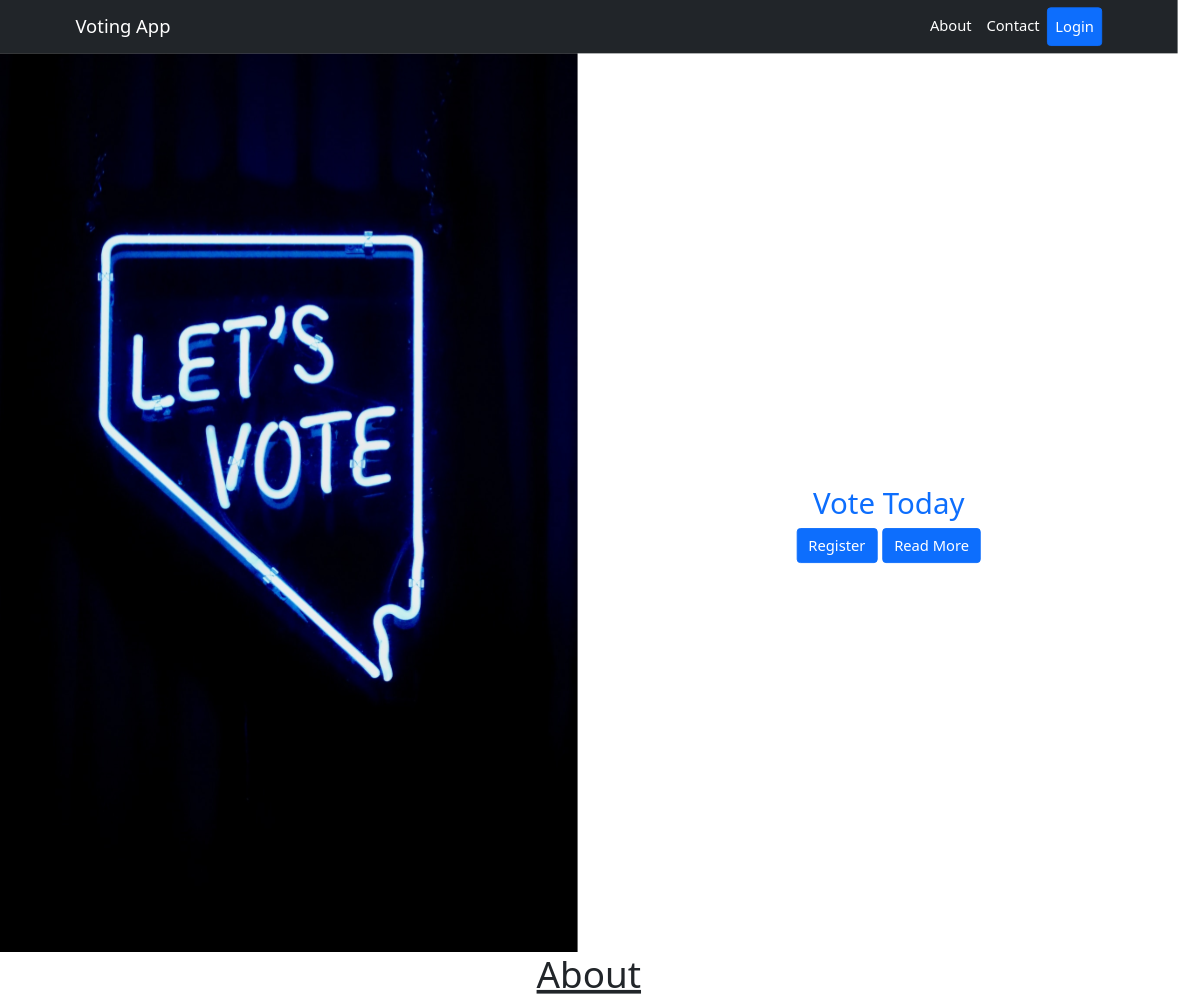
Repository: DavidManiIbrahim/Voting-app
Page: index.html
These files come from the project's save history. The page is drawn as it stood at one moment and after the next save; the edit follows.
The browser window is 1280 px wide. The page is 1292 px wide, so the pictures cover 1292 px, including what lies to the right of the window. The pictures show the whole page, at 92% of full size.

Above is the page before, as saved 2025-01-18 03:51:17.

### index.html
<!DOCTYPE html>
<html lang="en">
<head>
    <meta charset="UTF-8">
    <meta name="viewport" content="width=device-width, initial-scale=1.0">
    <title>Voting app</title>
    <link rel="stylesheet" href="./bootstrap.css">
    <link rel="stylesheet" href="./styles.css">
</head>
<body>

<!-- NavBar -->

    <nav class="navbar navbar-expand-lg bg-dark text-white ">
        <div class="container">
            <a href="#" class="navbar-brand text-white ">Voting App</a>


            <button class="navbar-toggler" data-bs-target="#navmenu" data-bs-toggle="collapse">
                <span class="navbar-toggler-icon bg-primary"></span>
            </button>
            <div class="collapse navbar-collapse " id="navmenu">
                <ul class="navbar-nav ms-auto text-center">
                    <li class="nav-link text-white">About</li>
                    <li class="nav-link text-white">Contact</li>
                    <a class="nav-link btn btn-primary text-white">Login</a>
                </ul>
            </div>
</div>
    </nav>

<!-- Hero Section -->

<div class="row h-100 curtain">
    <div class="col-md">
        <img src="./unsplash_LA1VawaCjjI.svg" alt="" class="img-fluid">
    </div>
    <div class="col-md m-auto" >
        <div class="container-fluid text-center lead m-auto text-white" id="content">
            <h2>Be part of a decision</h2>
            <h2 class="text-primary">Vote Today</h2>
            <div class="">
                <button class="btn btn-primary">Register</button>
                <button class="btn btn-primary">Read More</button>
            </div>
        </div>
    </div>
</div>

<!-- About Section -->

<div class="row">
    <div class="container text-center">
        <h1 class="text-decoration-underline">About</h1>
    </div>
</div>






    <script src="./bootstrap.min.js"></script>
</body>
</html>

### styles.css
.lead,#content{
    /* height:50vh; */
    /* border:1px solid; */
    padding: 50px;
}

.{
    background-color: #000;
}

Loaded but not shown: bootstrap.css (library); bootstrap.min.js (library)

After the next save:
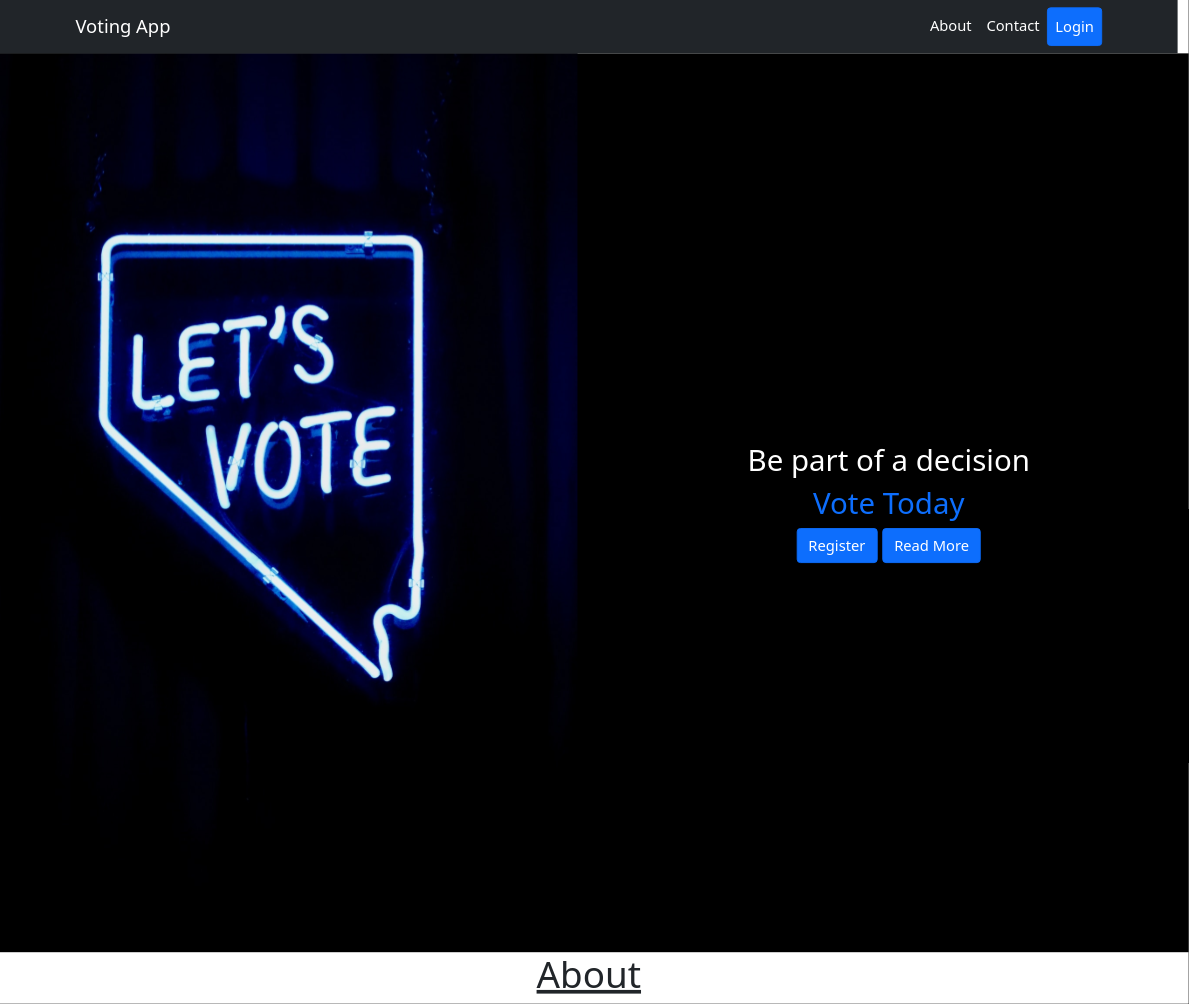
Saved 5 s later.
--- a/styles.css
+++ b/styles.css
@@ -4,6 +4,6 @@
     padding: 50px;
 }
 
-.{
+.curtain{
     background-color: #000;
 }
